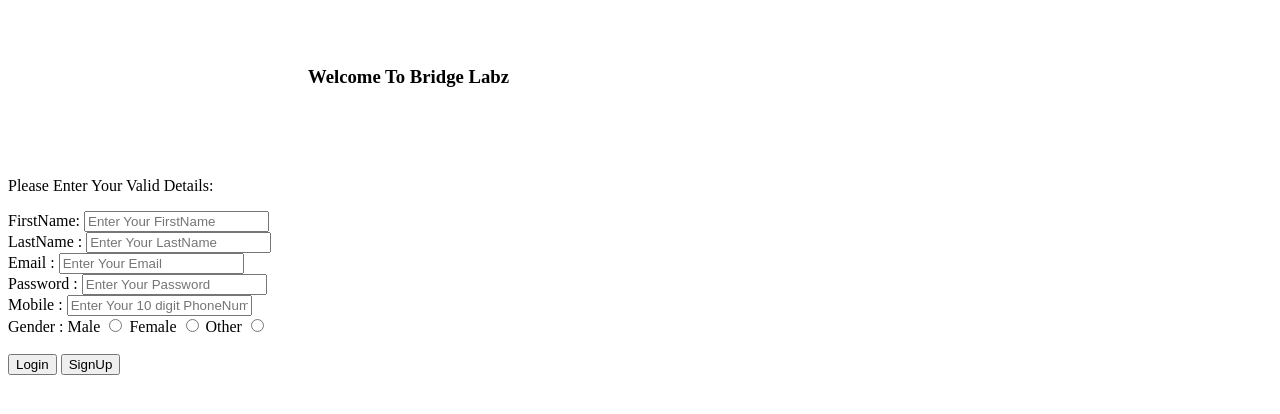
Repository: msibgathulla9980/Servlet
Page: LoginRegistrationApp/WebContent/Registration.html
The author's editor kept a copy of each file at every save. The page is drawn from the files as they stood at one save, then again after the next save.
The browser window is 1280 px wide. The pictures show the whole page.

Above is the page before, as saved 2019-01-22 12:23:13.

After the next save:
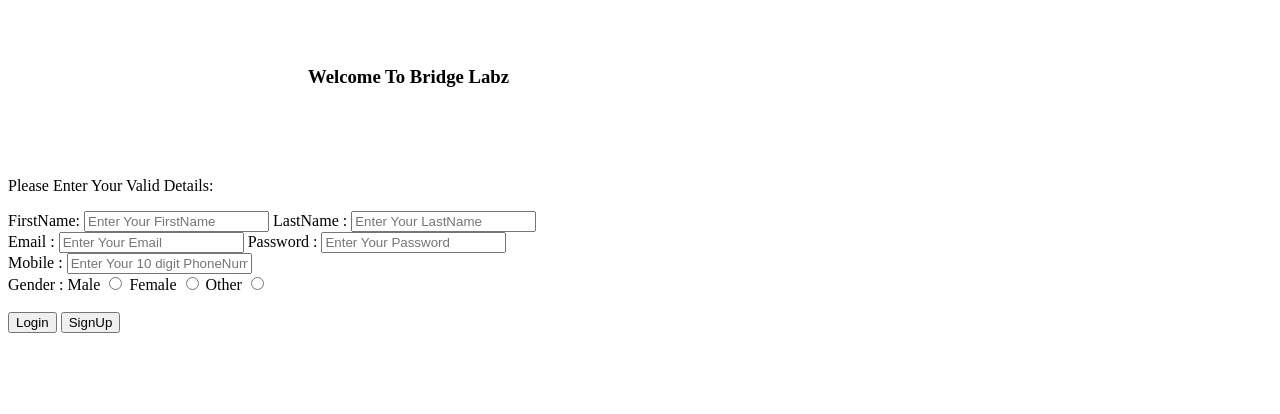
Saved 93 s later.
--- a/LoginRegistrationApp/WebContent/Registration.html
+++ b/LoginRegistrationApp/WebContent/Registration.html
@@ -6,9 +6,9 @@
 <p>Please Enter Your Valid Details: </p>
 <body>
 <form action="Register" method="post">
-FirstName: <input type="text" name="firstName" placeholder="Enter Your FirstName" /><br>
+FirstName: <input type="text" name="firstName" placeholder="Enter Your FirstName" />
 LastName : <input type="text" name="lastName" placeholder="Enter Your LastName" /><br>
-Email    : <input type="email" name="email" placeholder="Enter Your Email" /><br>
+Email    : <input type="email" name="email" placeholder="Enter Your Email" />
 Password : <input type="password" name="password" placeholder="Enter Your Password" /><br>
 Mobile   : <input type="text" name="phoneNumber" placeholder="Enter Your 10 digit PhoneNumber" /><br>
 Gender   :
